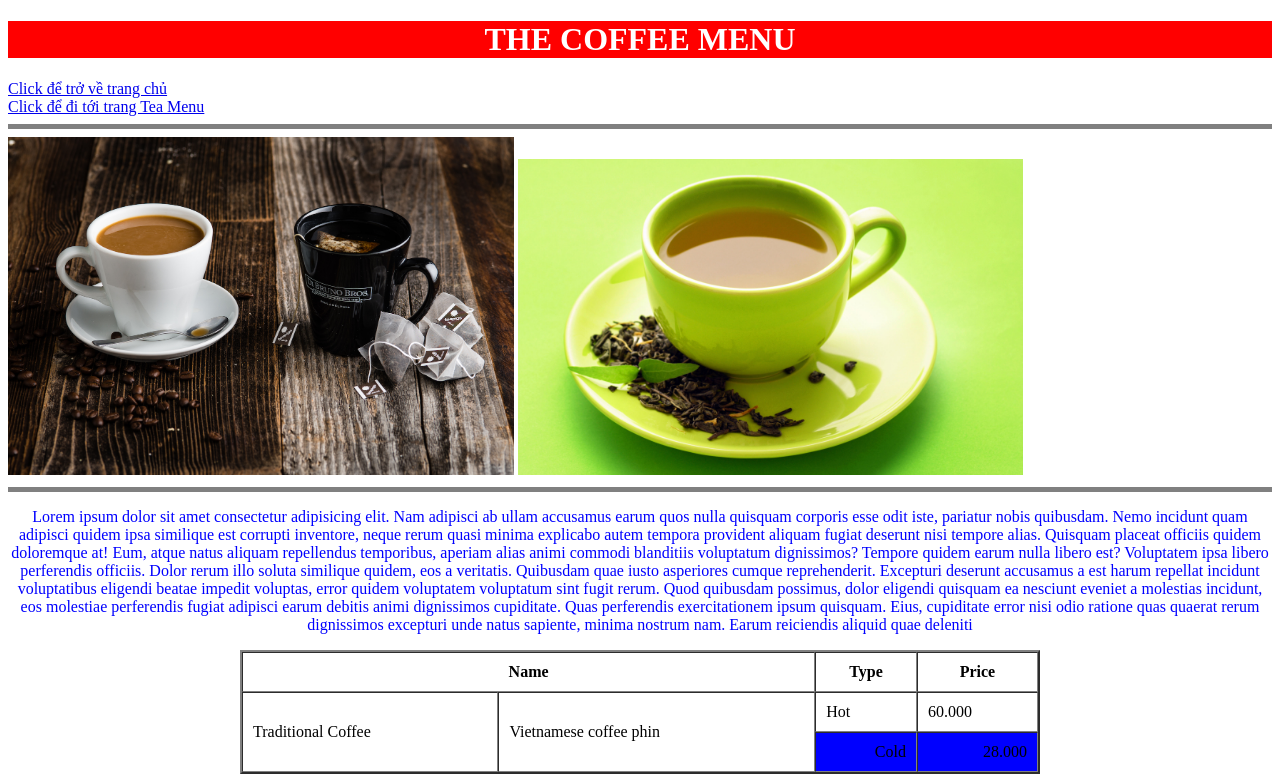
Repository: giahuy405/HomeWork_Coffee
Page: coffee.html
The author's editor kept a copy of each file at every save. The page is drawn from the files as they stood at one save, then again after a run of saves.
The browser window is 1280 px wide. The pictures show the whole page.

Above is the page before, as saved 2022-09-07 12:08:44.

After the next 2 saves:
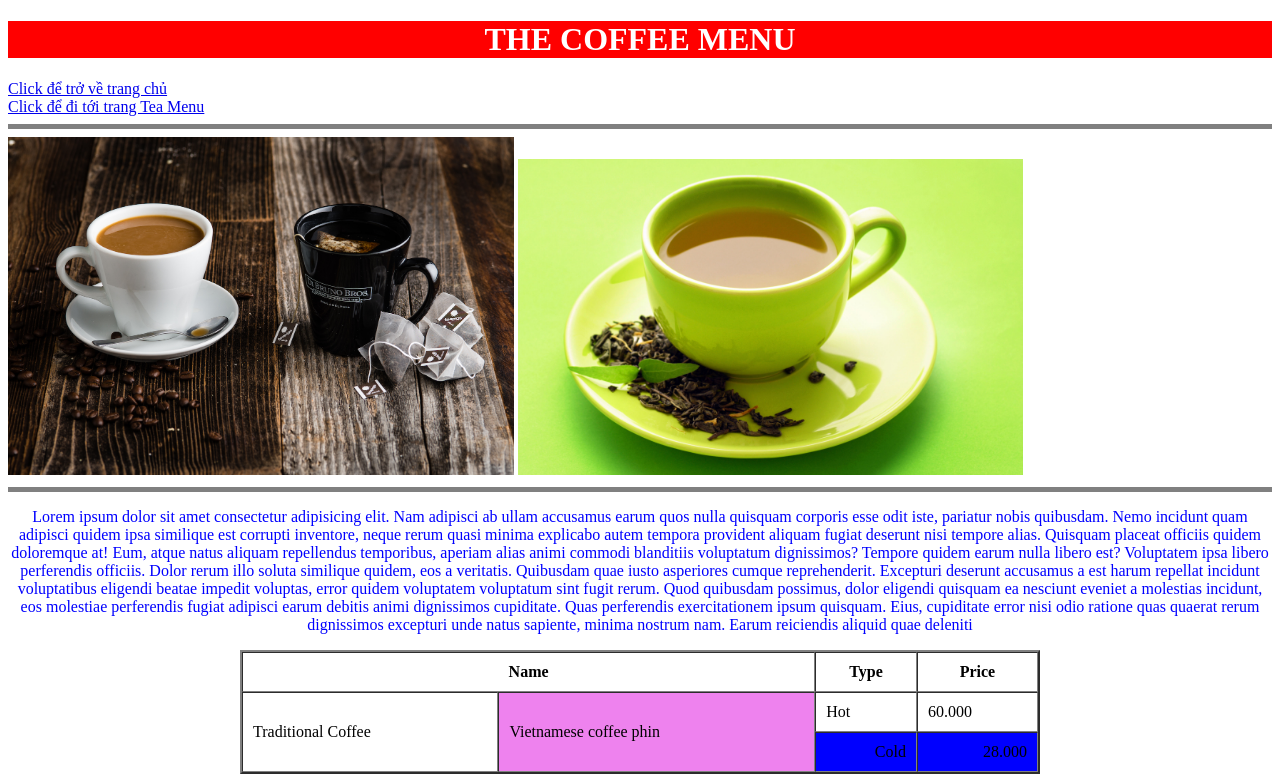
The 2 saves are shown as one change because they came seconds apart.
The last was saved 50 s later.
--- a/coffee.html
+++ b/coffee.html
@@ -25,7 +25,7 @@
         </tr>
         <tr>
             <td rowspan="4">Traditional Coffee</td>
-            <td rowspan="2">Vietnamese coffee phin</td>
+            <td rowspan="2" style="background-color: rgb(238, 130, 238);">Vietnamese coffee phin</td>
             <td>Hot</td>
             <td>60.000</td>
         </tr>
